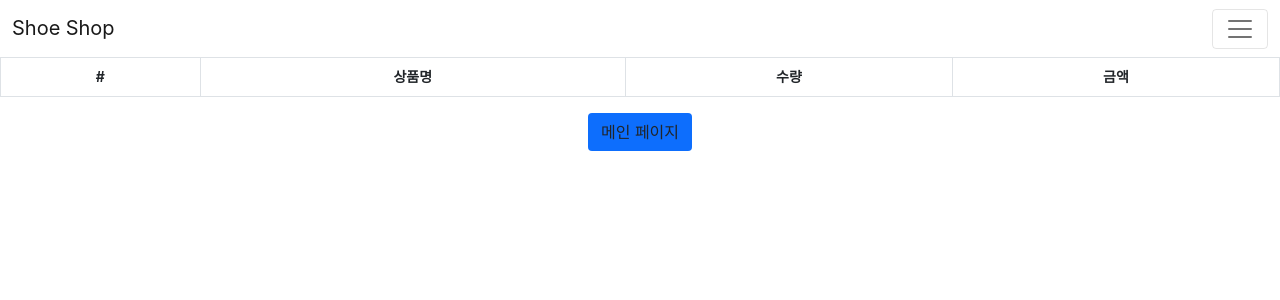
Repository: yangddoddi/shoe-store-pwa
Page: /#/cart
These files come from the project's save history. The page is drawn as it stood at one moment and after the next save; the edit follows.
The browser window is 1280 px wide. The pictures show the whole page.
The project was rebuilt for these pictures with package versions that can differ from the ones it lists, and the page was loaded fresh each time.

Above is the page before, as saved 2022-04-11 11:44:02.

After the next save:
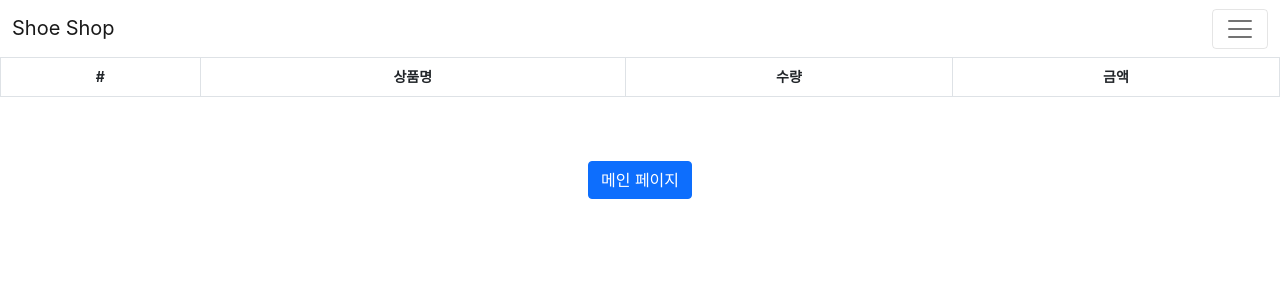
Saved 19 s later.
--- a/src/Cart.js
+++ b/src/Cart.js
@@ -63,7 +63,7 @@ function CartTable(props) {
           })}
         </tbody>
       </Table>
-      <button className="btn bg-primary">메인 페이지</button>
+      <button className="btn btn-primary m-5">메인 페이지</button>
     </>
   );
 }
